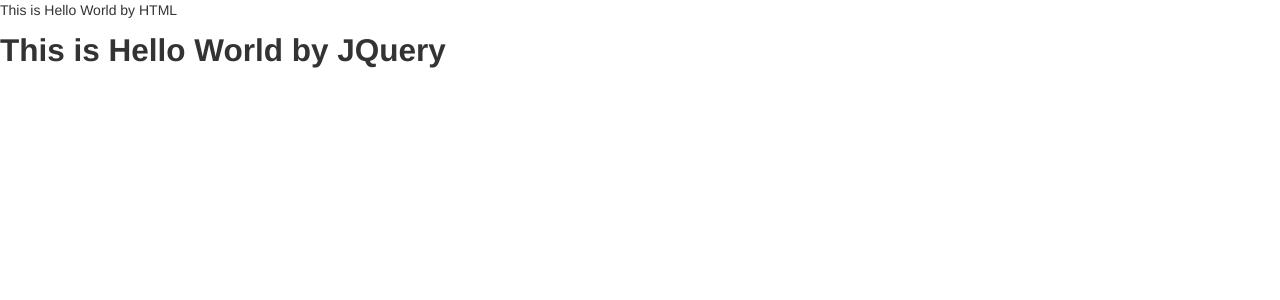
Repository: looby10120/Marathon-Runner-Database-Project
Page: client/index.html
The author's editor kept a record of every edit. The page is drawn from the files as they stood at one moment, then again after the next edit.
The browser window is 1280 px wide. The pictures show the whole page.

Above is the page before.
Not found: client/css/Mycss.css

### client/index.html
<!doctype html>
<html lang="en" ng-app>
  <head>
    <title>Databases Project</title>
    <meta name="viewport" content="width=device-width, initial-scale=1.0">
    <link rel="stylesheet" href="/css/bootstrap.min.css">
    <link rel="stylesheet" href="/css/bootstrap-responsive.min.css">
    <link rel="stylesheet" href="/client/css/Mycss.css">

  </head>
  <body>
    This is Hello World by HTML

    <div id="msgid">a

    </div>
  <script src="https://ajax.googleapis.com/ajax/libs/jquery/3.3.1/jquery.min.js"></script>
  <script>
    var a = "<h2>This is Hello World by JQuery</h2>";
      $(document).ready(function(){
       $("#msgid").html(a);
      });

    </script>
  </body>
</html>

Loaded but not shown: client/css/bootstrap.min.css (library); client/css/bootstrap-responsive.min.css (library)

After the next edit:
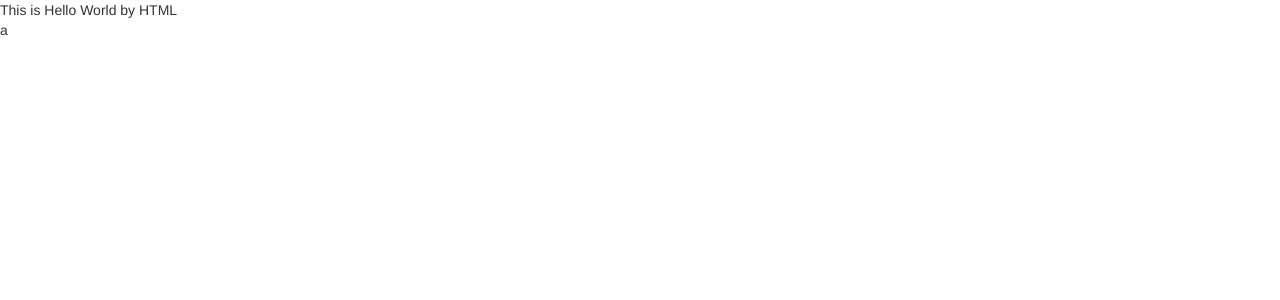
Console error: SyntaxError: Invalid or unexpected token
The edit:
--- a/client/index.html
+++ b/client/index.html
@@ -16,11 +16,36 @@
     </div>
   <script src="https://ajax.googleapis.com/ajax/libs/jquery/3.3.1/jquery.min.js"></script>
   <script>
-    var a = "<h2>This is Hello World by JQuery</h2>";
+    var a = '<table>
+  <tr>
+    <th>Firstname</th>
+    <th>Lastname</th>
+    <th>Savings</th>
+  </tr>
+  <tr>
+    <td>Peter</td>
+    <td>Griffin</td>
+    <td>$100</td>
+  </tr>
+  <tr>
+    <td>Lois</td>
+    <td>Griffin</td>
+    <td>$150</td>
+  </tr>
+  <tr>
+    <td>Joe</td>
+    <td>Swanson</td>
+    <td>$300</td>
+  </tr>
+  <tr>
+    <td>Cleveland</td>
+    <td>Brown</td>
+    <td>$250</td>
+</tr>
+</table>";
       $(document).ready(function(){
        $("#msgid").html(a);
       });
-
     </script>
   </body>
 </html>

After the 3 edits that followed:
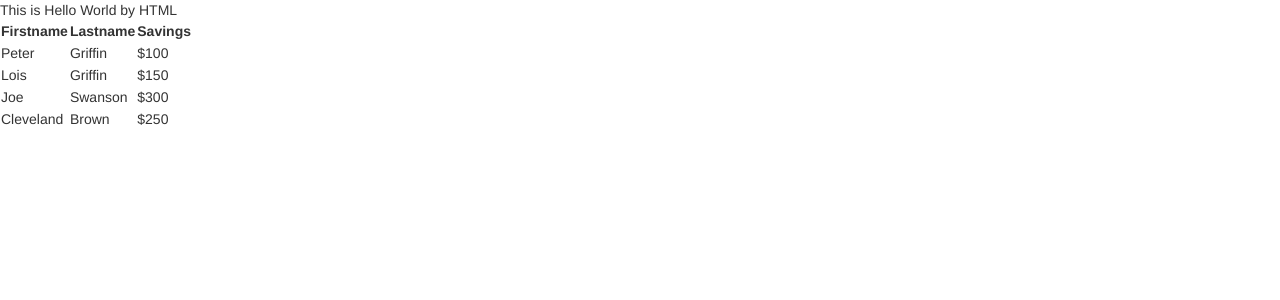
The error is gone.
The 3 edits are shown as one change because 2 left the picture as it was.
The edit:
--- a/client/index.html
+++ b/client/index.html
@@ -16,7 +16,7 @@
     </div>
   <script src="https://ajax.googleapis.com/ajax/libs/jquery/3.3.1/jquery.min.js"></script>
   <script>
-    var a = '<table>
+    var a = `<table>
   <tr>
     <th>Firstname</th>
     <th>Lastname</th>
@@ -42,7 +42,7 @@
     <td>Brown</td>
     <td>$250</td>
 </tr>
-</table>";
+</table>`;
       $(document).ready(function(){
        $("#msgid").html(a);
       });
